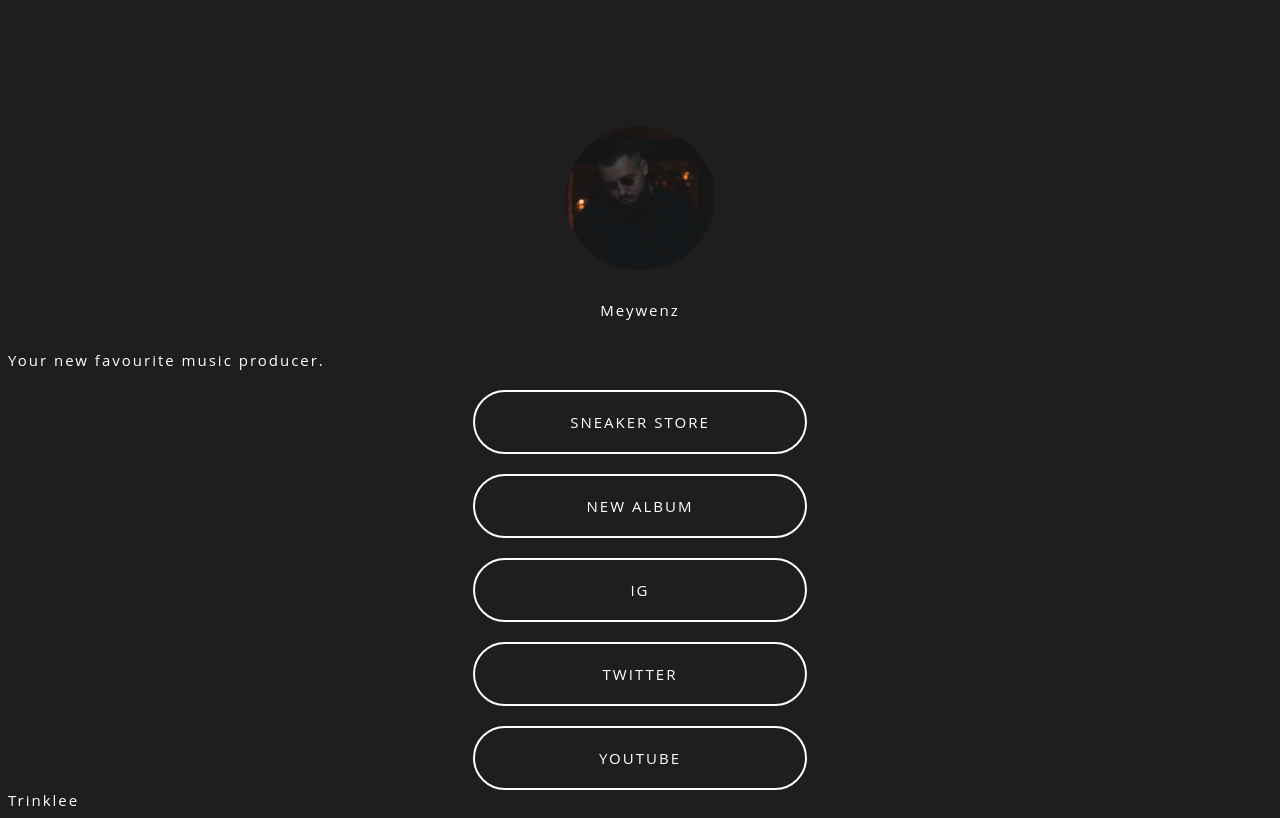
Repository: meywenz/mysite
Page: index.html
An editor plug-in stored every save of this project. The page is shown before and after the next save, followed by the edit.
The browser window is 1280 px wide. The pictures show the whole page.
The pointer rests on the first visible `a`.

Above is the page before, as saved 2021-04-08 17:14:34.

After the next save:
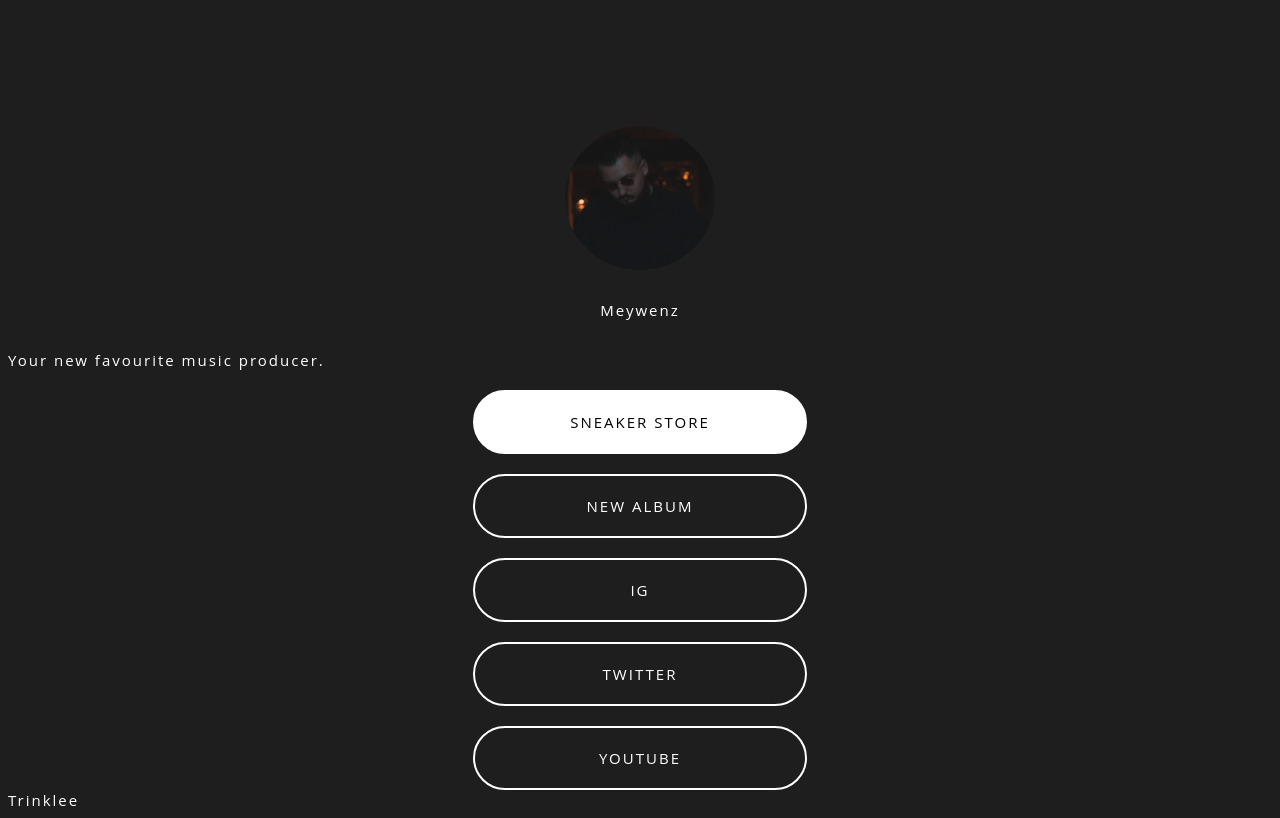
Saved 16 s later.
--- a/styles.css
+++ b/styles.css
@@ -40,3 +40,8 @@
   color: white;
   transition: color 1s;
 }
+
+a:hover {
+  color: #000;
+  background: #fff;
+}
